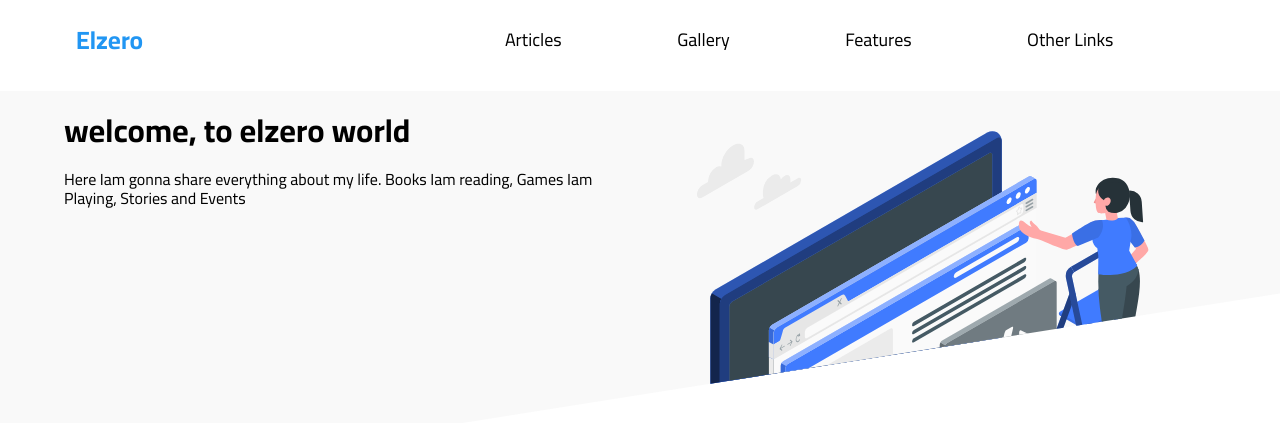
Repository: Toqa-25/elzeroAcdemey-Templete
Page: index.html
An editor plug-in stored every save of this project. The page is shown before and after the next save, followed by the edit.
The browser window is 1280 px wide. The pictures show the whole page.

Above is the page before, as saved 2022-01-16 21:13:59.

After the next save:
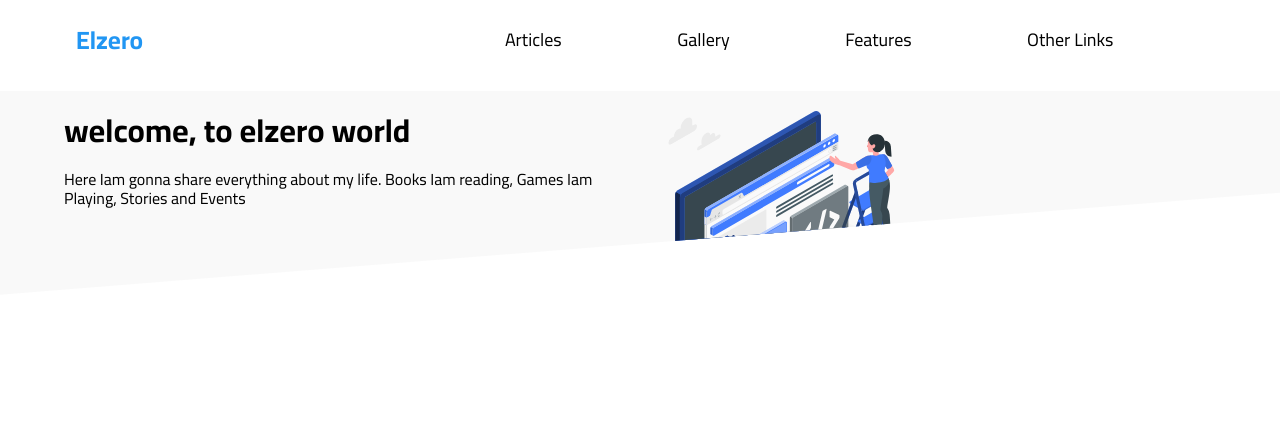
Saved 5 s later.
--- a/css/style.css
+++ b/css/style.css
@@ -265,6 +265,6 @@
 .welcome-content-img{
     width:50%
 }
-.welcome-content-img{
+.welcome-content-img img{
     width:50%
 }

After the save that followed:
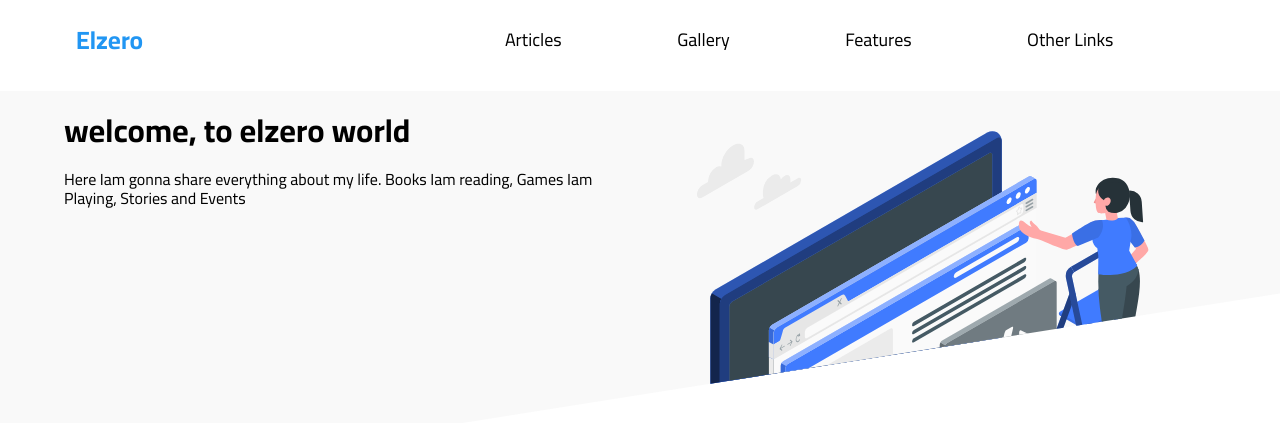
Saved 4 s later.
--- a/css/style.css
+++ b/css/style.css
@@ -266,5 +266,5 @@
     width:50%
 }
 .welcome-content-img img{
-    width:50%
-}
+    width:100%
+}
